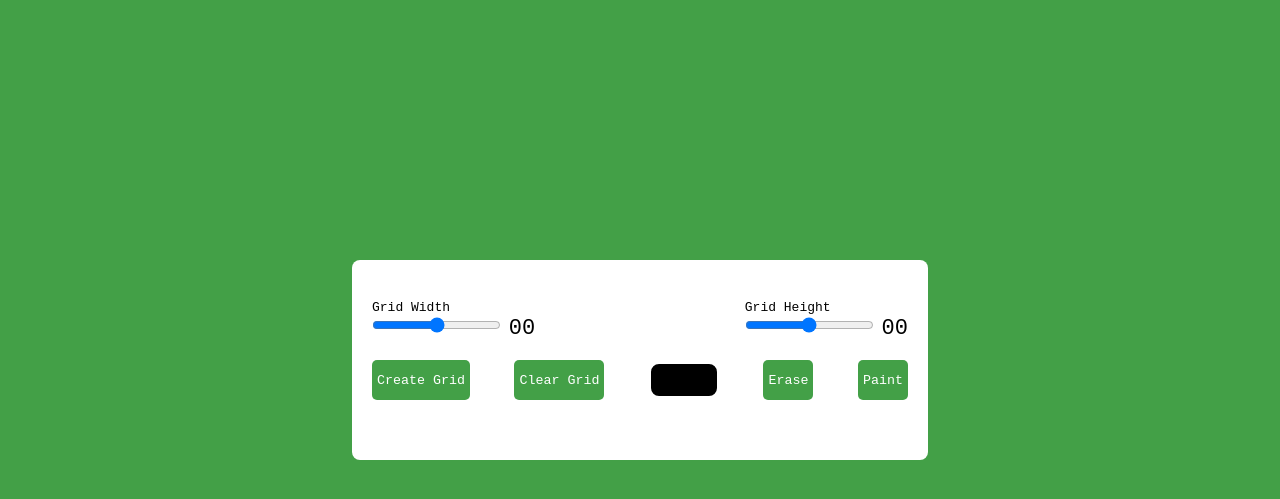
Repository: radisyah/Pixel_Art_Generator
Page: index.html
These files come from the project's save history. The page is drawn as it stood at one moment and after the next save; the edit follows.
The browser window is 1280 px wide. The pictures show the whole page.

Above is the page before, as saved 2024-11-20 12:43:14.

After the next save:
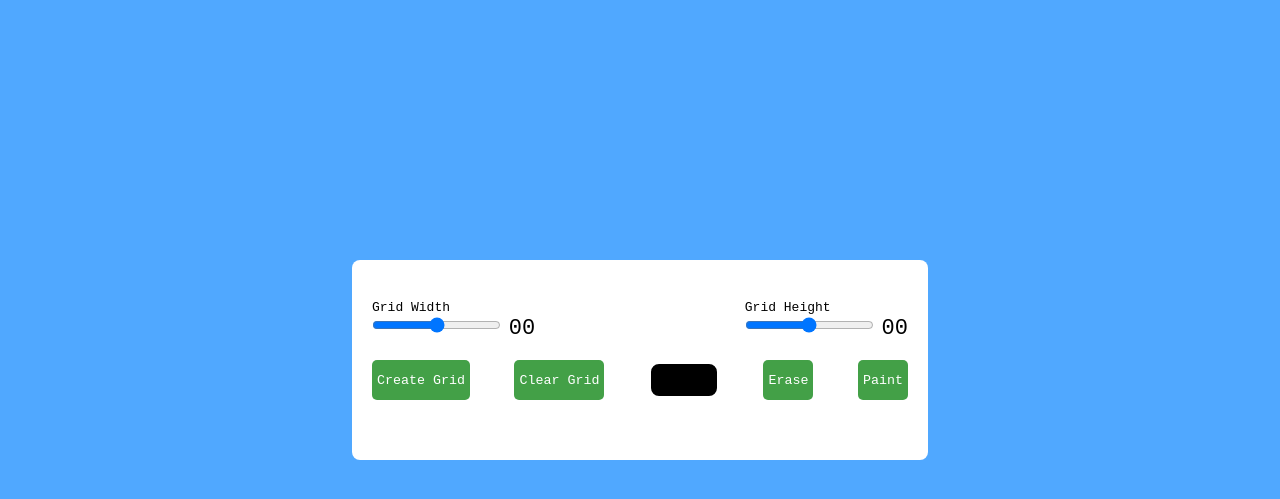
Saved 13 s later.
--- a/style.css
+++ b/style.css
@@ -6,7 +6,7 @@
 }
 
 body{
-    background-color: #43a047;
+    background-color: #50a8ff;
 }
 
 .wrapper{
